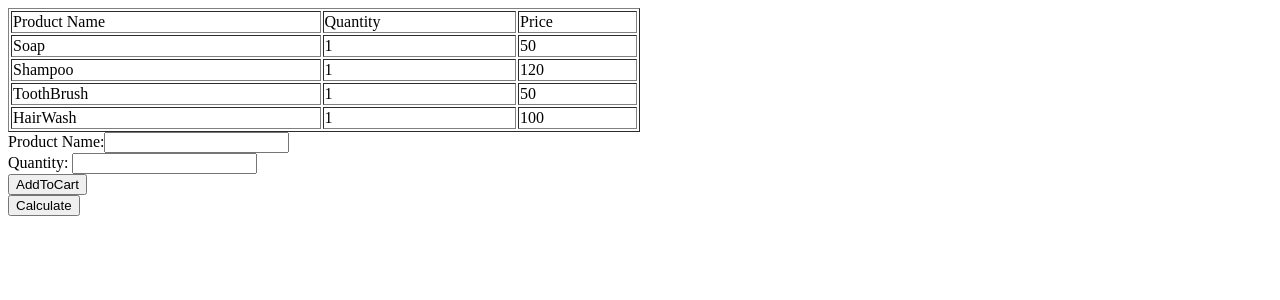
Repository: avishi14/Java_Practise
Page: webApplication/ValidateAge/WebContent/Product.html
An editor plug-in stored every save of this project. The page is shown before and after the next save, followed by the edit.
The browser window is 1280 px wide. The pictures show the whole page.

Above is the page before, as saved 2019-09-07 05:49:01.

### webApplication/ValidateAge/WebContent/Product.html
<!DOCTYPE html>
<html>
<head>
<meta charset="ISO-8859-1">
<title>Insert title here</title>
</head>
<body>
<table width='50%' border='1px'>
<tr>
<td> Product Name </td> <td>Quantity</td><td>Price</td>
</tr>
<tr>
<td> Soap</td> <td>1</td><td>50</td>
</tr>
<tr>
<td> Shampoo </td> <td>1</td><td>120</td>
</tr>
<tr>
<td> ToothBrush </td> <td>1</td><td>50</td>
</tr>
<tr>
<td> HairWash </td> <td>1</td><td>100</td>
</tr>
</table>
<form action ="CalculatorService" method="post">
Product Name:<input type="text" name="prname"/><br>
Quantity: <input type="text" name="qty"/><br>
<input type="submit" name="AddToCart" value="AddToCart" /><br>
<input type="submit" name="Calculate" value="Calculate" /><br>
</form>

</body>
</html>

After the next save:
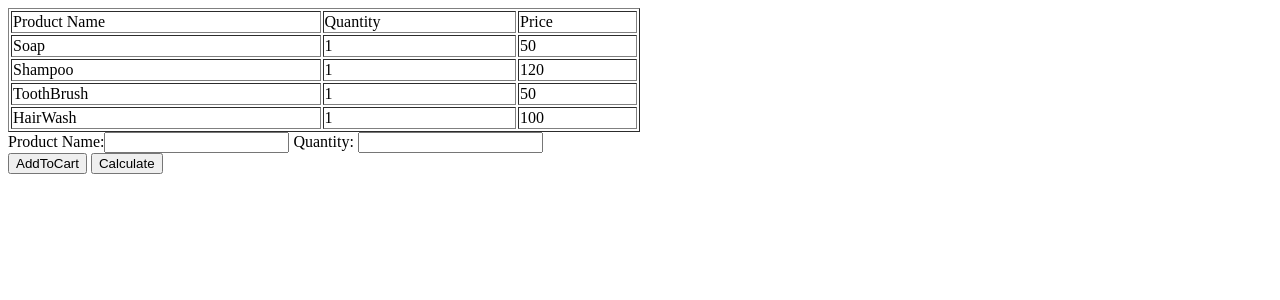
Saved 58 s later.
--- a/webApplication/ValidateAge/WebContent/Product.html
+++ b/webApplication/ValidateAge/WebContent/Product.html
@@ -23,11 +23,10 @@
 </tr>
 </table>
 <form action ="CalculatorService" method="post">
-Product Name:<input type="text" name="prname"/><br>
+Product Name:<input type="text" name="prname"/>
 Quantity: <input type="text" name="qty"/><br>
-<input type="submit" name="AddToCart" value="AddToCart" /><br>
-<input type="submit" name="Calculate" value="Calculate" /><br>
-</form>
+<input type="submit" name="AddToCart" value="AddToCart" />
+<input type="submit" name="Calculate" value="Calculate" /></form>
 
 </body>
 </html>
